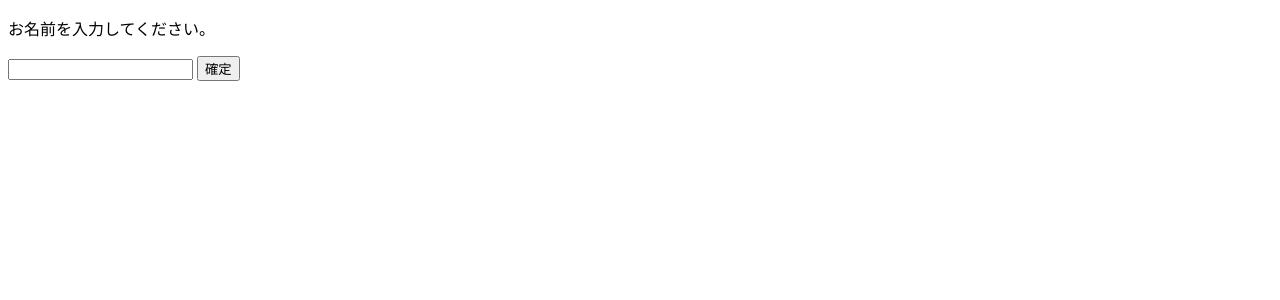
Repository: shimizuyusuke/backup
Page: http://localhost/HelloJSP2/
An editor plug-in stored every save of this project. The page is shown before and after the next save, followed by the edit.
The browser window is 1280 px wide. The pictures show the whole page.
The page is served by Tomcat 9.

Above is the page before, as saved 2018-01-16 02:20:27.

### HelloJSP2/WebContent/index.jsp
<%@ page language="java" contentType="text/html; charset=UTF-8"
    pageEncoding="UTF-8"%>
<!DOCTYPE html>
<html>
<head>
<meta charset="utf-8">
<title>TEST</title>
</head>
<body>

<p>お名前を入力してください。</p>
<form method="post" action="greeting-out.jsp">
<input type="text" name="user">
<input type="submit" value="確定">
</form>


</body>
</html>

After the next save:
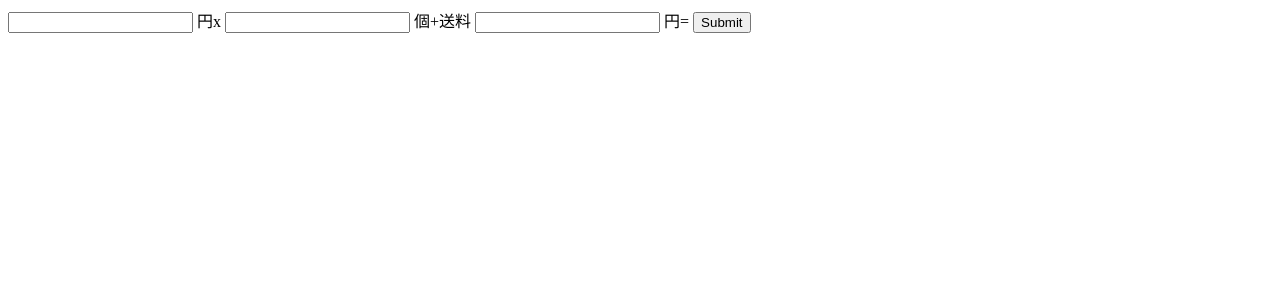
Saved 6 min 6 s later.
--- a/HelloJSP2/WebContent/index.jsp
+++ b/HelloJSP2/WebContent/index.jsp
@@ -8,12 +8,15 @@
 </head>
 <body>
 
-<p>お名前を入力してください。</p>
-<form method="post" action="greeting-out.jsp">
-<input type="text" name="user">
-<input type="submit" value="確定">
+<form method="post" action="total-out.jsp">
+<input type="text" name="price">
+円x
+<input type="text" name="count">
+個+送料
+<input type="text" name="delivery">
+円=
+<input type="submit" value"計算">
 </form>
-
 
 </body>
 </html>
